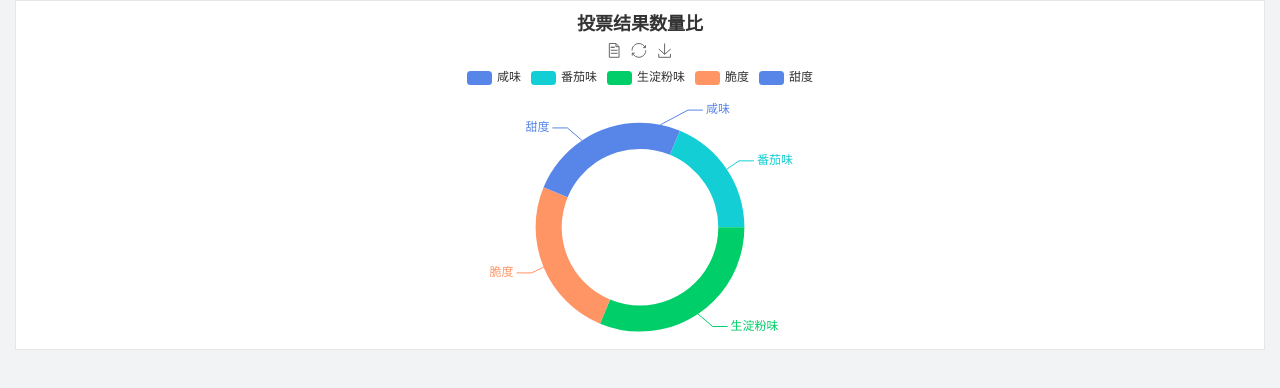
Repository: R1Deemo/vote_system
Page: web/home/results.html
An editor plug-in stored every save of this project. The page is shown before and after the next save, followed by the edit.
The browser window is 1280 px wide. The pictures show the whole page.
The page's requests for data from a server got no answer.

Above is the page before, as saved 2022-11-07 10:16:39.

### web/home/results.html
<!DOCTYPE html>
<html lang="en">

<head>
    <meta charset="UTF-8">
    <meta http-equiv="X-UA-Compatible" content="IE=edge">
    <meta name="viewport" content="width=device-width, initial-scale=1.0">
    <title>Document</title>
    <link rel="stylesheet" href="../../web/assets/lib/bootstrap.css" />
    <link rel="stylesheet" href="../../web/assets/lib/main.css" />
    <script src="../../web/assets/lib/jquery.js"></script>
    <script type="text/javascript" src="../../web/assets/lib/echarts.min.js"></script>
</head>

<body>
    <div class="container-fluid">
        <div class="row curve-pie">

            <div class="col-lg-4 col-md-4" style="width:100% ;">
                <div class="gragh_pannel" id="pie_show"></div>
            </div>
        </div>
    </div>
    <script>
        $(function() {

            $.ajax({

                method: 'get',
                url: 'http://127.0.0.1:1234/my/results',
                headers: {
                    Authorization: localStorage.getItem('token')
                },
                success: function(res) {
                    // if (res.status !== 0) {
                    //     return layui.layer.msg('获取用户信息失败')
                    // }
                    console.log(res.data)
                    const data = res.data
                    var re = []
                    data.forEach(i => {
                        // console.log(i)
                        re[i] = i.number
                        console.log(re)
                            // console.log(i.number)
                    });
                    // 渲染用户头像

                },
                // 无论成功还是失败都会执行

            })
        })
        var oPie = echarts.init(document.getElementById('pie_show'));
        var oPieopt = {
            title: {
                top: 10,
                text: '投票结果数量比',
                x: 'center'
            },
            tooltip: {
                trigger: 'item',
                formatter: "{a} <br/>{b} : {c} ({d}%)"
            },
            color: ['#5885e8', '#13cfd5', '#00ce68', '#ff9565'],
            legend: {
                x: 'center',
                top: 65,
                data: ['咸味', '番茄味', '生淀粉味', '脆度', '甜度']
            },
            toolbox: {
                show: true,
                x: 'center',
                top: 35,
                feature: {
                    mark: {
                        show: true
                    },
                    dataView: {
                        show: true,
                        readOnly: false
                    },
                    magicType: {
                        show: true,
                        type: ['pie', 'funnel'],
                        option: {
                            funnel: {
                                x: '25%',
                                width: '50%',
                                funnelAlign: 'left',
                                max: 1548
                            }
                        }
                    },
                    restore: {
                        show: true
                    },
                    saveAsImage: {
                        show: true
                    }
                }
            },
            calculable: true,
            series: [{

                name: '访问来源',
                type: 'pie',
                radius: ['45%', '60%'],
                center: ['50%', '65%'],
                data: [{
                    value: 1,
                    name: '咸味'
                }, {
                    value: 3,
                    name: '番茄味'
                }, {
                    value: 5,
                    name: '生淀粉味'
                }, {
                    value: 4,
                    name: '脆度'
                }, {
                    value: 3,
                    name: '甜度'
                }]
            }]
        };
        oPie.setOption(oPieopt);
    </script>
</body>

</html>

Loaded but not shown: web/assets/lib/bootstrap.css (library); web/assets/lib/main.css (library); web/assets/lib/jquery.js (library); web/assets/lib/echarts.min.js (library)

After the next save:
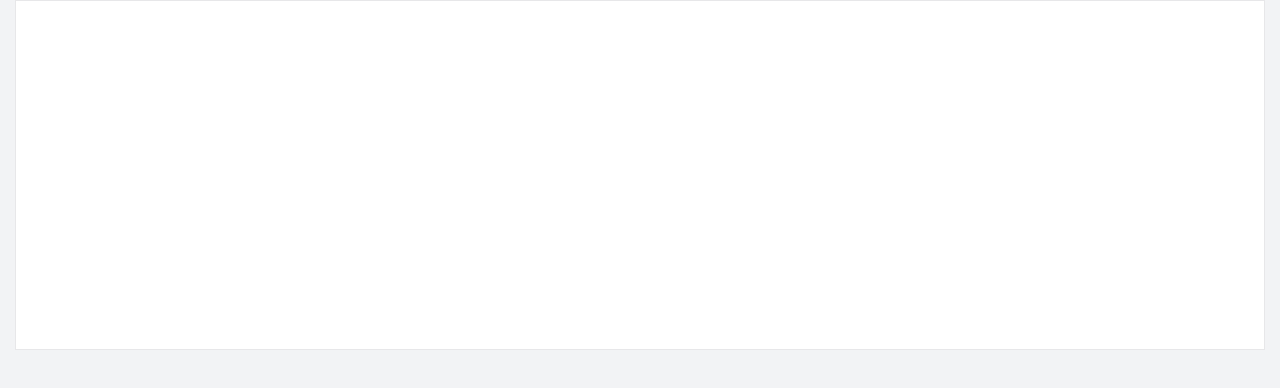
Console error: ReferenceError: re is not defined
Saved 48 s later.
--- a/web/home/results.html
+++ b/web/home/results.html
@@ -108,19 +108,19 @@
                 radius: ['45%', '60%'],
                 center: ['50%', '65%'],
                 data: [{
-                    value: 1,
+                    value: re[0],
                     name: '咸味'
                 }, {
-                    value: 3,
+                    value: re[1],
                     name: '番茄味'
                 }, {
-                    value: 5,
+                    value: re[2],
                     name: '生淀粉味'
                 }, {
-                    value: 4,
+                    value: re[3],
                     name: '脆度'
                 }, {
-                    value: 3,
+                    value: re[4],
                     name: '甜度'
                 }]
             }]
